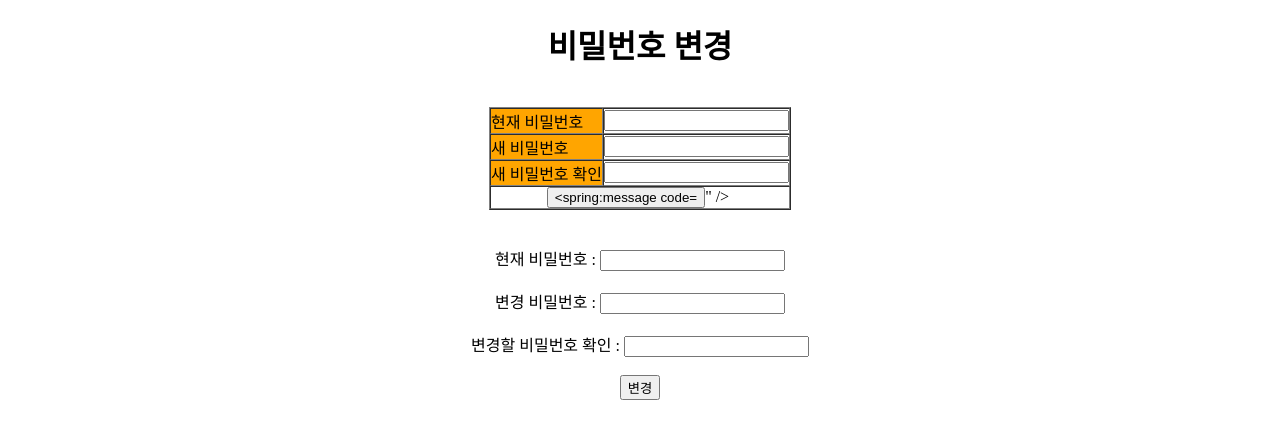
Repository: teeeeeeemo/workspace_spring
Page: http://localhost/BoardWeb/changeUserInfo.jsp
An editor plug-in stored every save of this project. The page is shown before and after the next save, followed by the edit.
The browser window is 1280 px wide. The pictures show the whole page.
The page is served by Tomcat 9. Nobody is signed in. The application's start-up code is not run.

Above is the page before, as saved 2017-01-29 08:25:08.

After the next save:
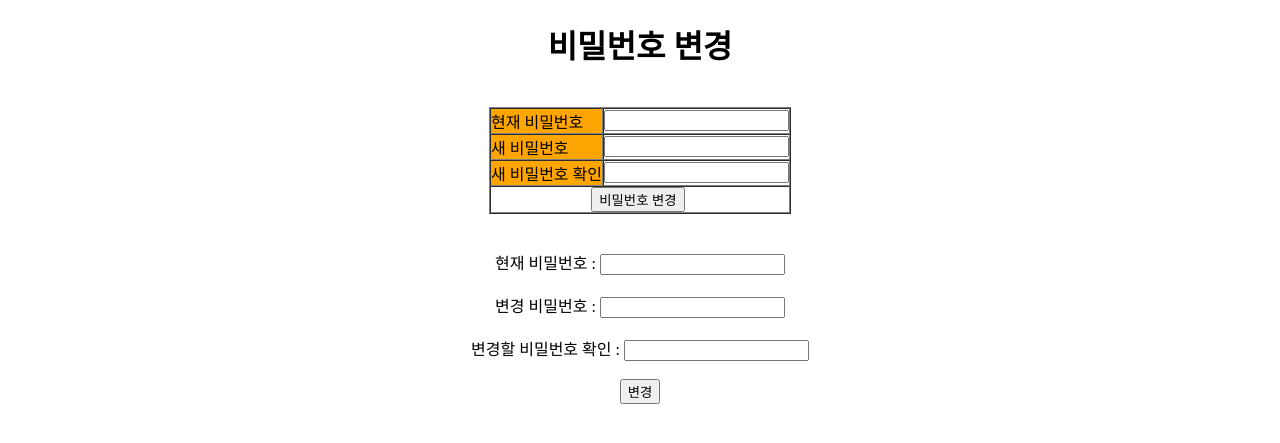
Saved 85 s later.
--- a/BoardWeb/src/main/webapp/changeUserInfo.jsp
+++ b/BoardWeb/src/main/webapp/changeUserInfo.jsp
@@ -27,7 +27,7 @@
 				</tr>
 				<tr>
 					<td colspan="2" align="center"><input type="submit"
-						value="<spring:message code="message.user.login.loginBtn"/>" />&nbsp;</td>
+						value="비밀번호 변경" />&nbsp;</td>
 				</tr>
 			</table>
 
